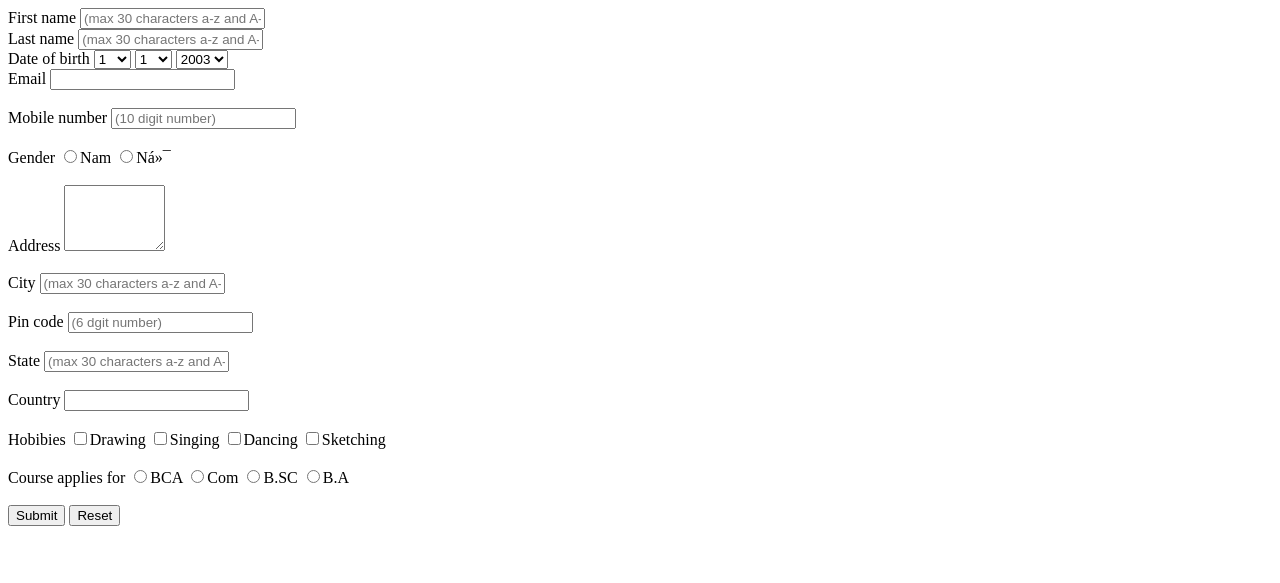
Repository: Knguyen2003/Spring
Page: http://localhost/PhanNguyenKhoiNguyen_21068021_Tuan04/StudentForm.jsp
An editor plug-in stored every save of this project. The page is shown before and after the next save, followed by the edit.
The browser window is 1280 px wide. The pictures show the whole page.
The page is served by Tomcat 10.

Above is the page before, as saved 2024-09-11 07:21:34.

After the next save:
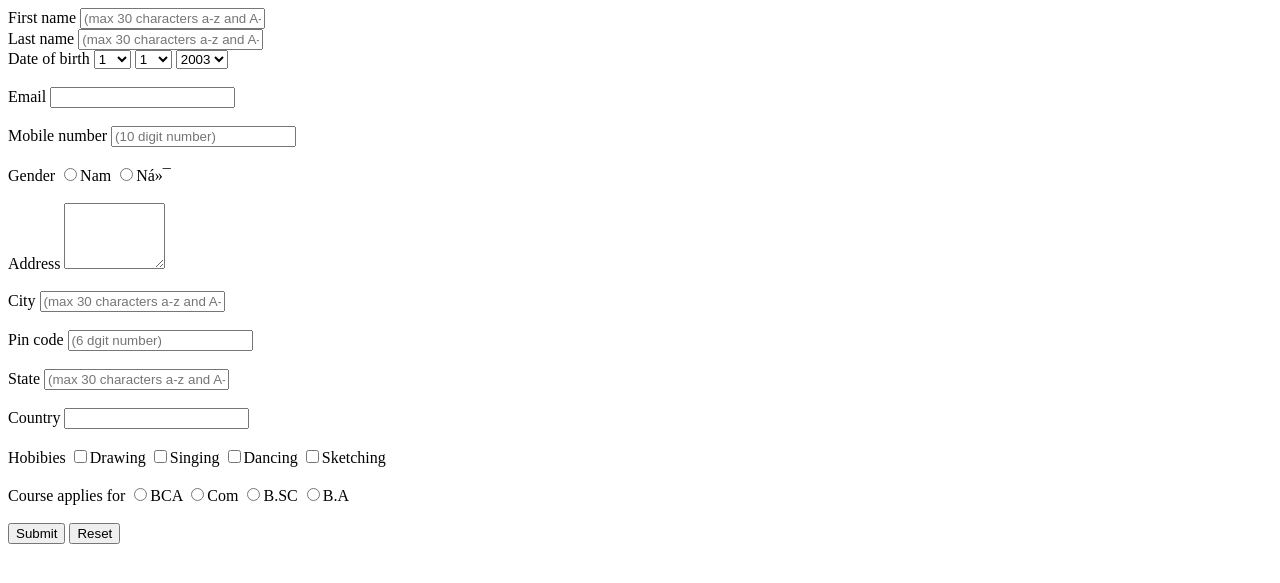
Saved 15 s later.
--- a/JavaServlet/Tuan4/PhanNguyenKhoiNguyen_21068021_Tuan04/PhanNguyenKhoiNguyen_21068021_Tuan04/PhanNguyenKhoiNguyen_21068021_Tuan04/src/main/webapp/StudentForm.jsp
+++ b/JavaServlet/Tuan4/PhanNguyenKhoiNguyen_21068021_Tuan04/PhanNguyenKhoiNguyen_21068021_Tuan04/PhanNguyenKhoiNguyen_21068021_Tuan04/src/main/webapp/StudentForm.jsp
@@ -46,7 +46,7 @@
             <option value="2004">2004</option>
             <option value="2005">2005</option>
             <option value="2006">2006</option>
-        </select><br>
+        </select><br><br>
 	    <label>Email</label>
 	    <input type="text" name="txtEmail" maxlength="30"><br><br>
 	    <label>Mobile number</label>
